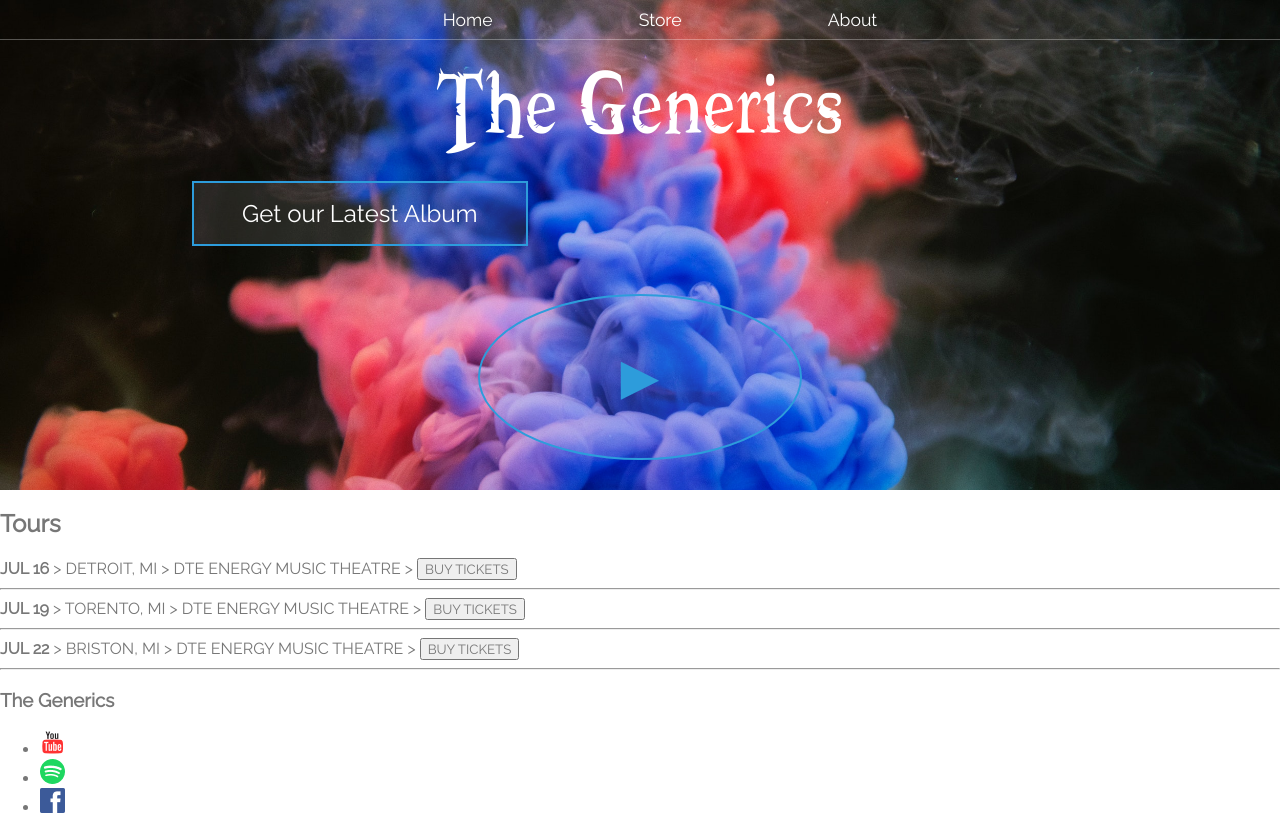
Repository: nazmulhaquep/WebDesign
Page: WebDevSimplified/index.html
These files come from the project's save history. The page is drawn as it stood at one moment and after the next save; the edit follows.
The browser window is 1280 px wide. The pictures show the whole page.
Some web fonts or font styles are not loaded; a fallback is used.

Above is the page before, as saved 2023-11-26 10:55:58.

### WebDevSimplified/index.html
<!DOCTYPE html>
<html lang="en">
<head>
    <meta charset="UTF-8">
    <meta name="viewport" content="width=device-width, initial-scale=1.0">
    <title>The Generics</title>
    <meta name="description" content="This is the description">
    <link rel="stylesheet" href="styles.css" />
</head>
<body>
    <header class="main-header">
        <nav class="nav main-nav">
            <ul>
                <li><a href="index.html">Home</a></li>
                <li><a href="store.html">Store</a></li>
                <li><a href="about.html">About</a></li>
            </ul>
        </nav>

        <h1 class="band-name band-name-larger"> The Generics </h1>
        <button class="btn btn-header">Get our Latest Album</button>

        <button class="btn btn-header btn-play">&#9658;</button>
    </header>
    <section>
        <h2>Tours</h2>
        <div>
            <div>
                <strong>JUL 16 </strong>
                 &it;&gt;
                <span> DETROIT, MI </span>
                 &it;&gt;
                <span> DTE ENERGY MUSIC THEATRE</span>
                 &it;&gt;
                <button type="button">BUY TICKETS </button>
                <hr/>
            </div>

            <div>
                <strong>JUL 19</strong>
                 &it;&gt;
                <span> TORENTO, MI </span>
                 &it;&gt;
                <span> DTE ENERGY MUSIC THEATRE</span>
                 &it;&gt;
                <button type="button">BUY TICKETS </button>
                <hr/>
            </div>

            <div>
                <strong>JUL 22</strong>
                 &it;&gt;
                <span> BRISTON, MI </span>
                 &it;&gt;
                <span> DTE ENERGY MUSIC THEATRE</span>
                 &it;&gt;
                <button type="button">BUY TICKETS </button>
                <hr/>
            </div>

        </div>
    </section>
    <footer>
        <h3>The Generics</h3>
        <ul>
            <li><img src="images/YouTube Logo.png"> </li>
            <li><img src="images/Spotify Logo.png"> </li>
            <li><img src="images/Facebook Logo.png"> </li>
        </ul>
    </footer>
</body>
</html>

### WebDevSimplified/styles.css
/* import font*/
@import url('https://fonts.googleapis.com/css2?family=Raleway:ital,wght@0,400;1,300&display=swap');
@import url('https://fonts.googleapis.com/css2?family=Metal+Mania');

/* import local font */
@font-face {
    font-family: "Booter - Zero Zero";
    src: url("Fonts/Booter - Zero Zero.woff") format(woff),
         url("fonts/Booter - Zero Zero.woff2") format(woff2);
         font-weight: normal;
         font-style:normal;
}

/* all width and padding adjust with device width */
*{
    box-sizing:border-box;
    font-family: Raleway;
    color:#777;
}

html,body{
   margin:0;
   padding:0;
}

.main-header{
    background-image: url('images/Header Background.jpg');
    background-size: cover;
    padding-bottom: 30px;
}

.nav ul{
    margin:0px;
}

.nav li{
    display:inline;
}

.nav a{
    display: inline-block; /*to apply margin and padding */
    padding: .5em;
    list-style: none;
    text-decoration: none;
    color:white;
}

.main-nav{
    text-align:center;
    font-size:1.1em;
    font-weight: lighter;
    border-bottom: 1px solid rgba(255,255,255, .3);
}

.main-nav li{
    padding:0 5%;
}

.band-name{
    text-align:center;
    margin:0;
    font-size:4em;
    font-family:"Booter - Zero Zero";
    color:#fff;
    font-weight:normal;
}

.band-name-larger{
    font-size:8em;
}
.content-section{
    margin:1em;
}
.container{
    max-width:900px;
    margin:0 auto;
    padding:0 1.5em;
}

.section-header{
    font-family: 'Metal Mania';
    font-weight: normal;
    color:#333;
    text-align: center;
    font-size:2.5em;
}

.about-band-image{
    float:left;
    height: 200px;
    width: 200px;
    margin:15px;
    border-radius: 50%;
}

.main-footer{
    background-color:#56ccf2;
    color:#fff;
    padding:.25em 0;
}

.main-footer-container{
    display: flex;
    align-items: center;
}

.main-footer-container ul{
    flex-grow:1;
    text-align:end;
}

.btn{
    text-align: center;
    vertical-align: middle;
    padding:.67em;
    cursor: pointer;
}

.btn-header{
    margin: .5em 15% 2em 15%;
    color:white;
    border:2px solid #2D9CDB;
    background-color:rgba(255,255,255, .1);
    border-radius: 0;
    font-size: 1.5em;
    font-weight: lighter;
    padding-left: 2em;
    padding-right: 2em;
}
.btn-header:hover{
    background-color:rgba(255,255,255, .3);
}

/* take button center */
.btn-play{
    display: block;
    margin:0 auto;
    color:#2D9CDB;
    font-size:4em;
    border-radius:50%;
}


.footer-nav li{
    padding: 0 .5em;
}

.footer-nav img{
    width:30px;
    height: 30px;
}

After the next save:
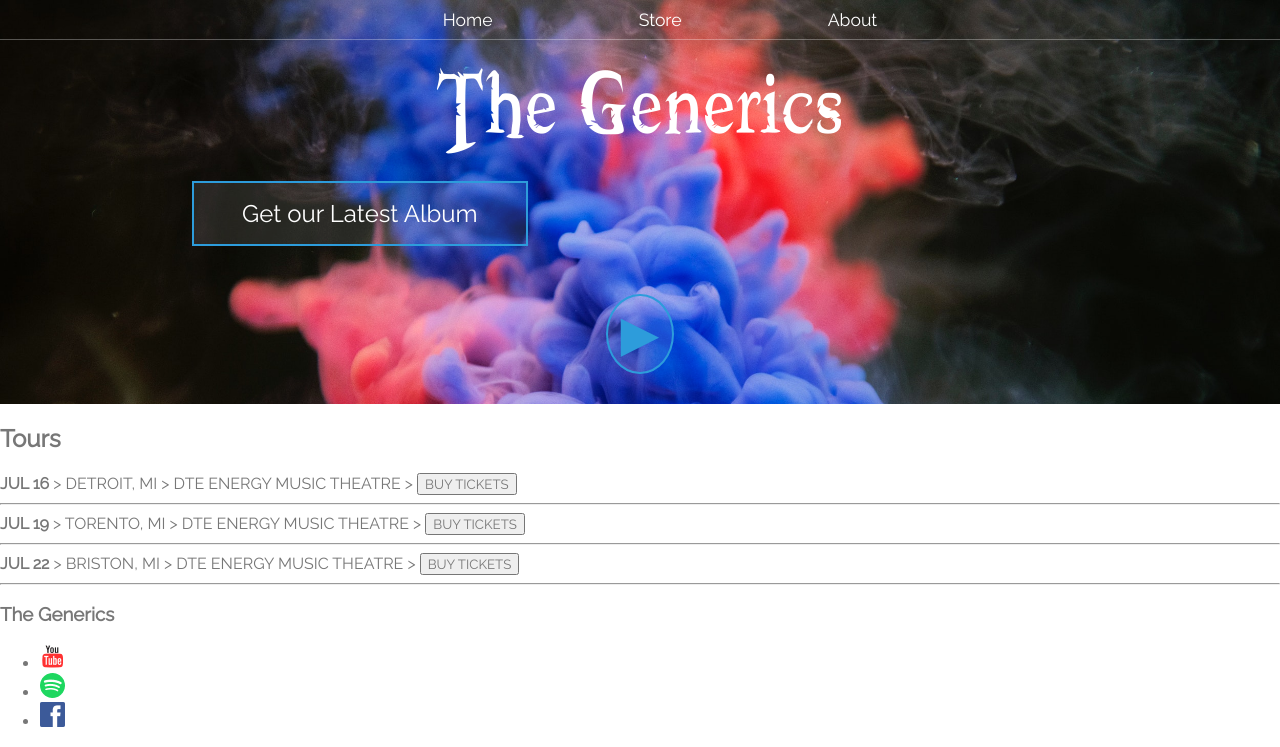
Saved 48 s later.
--- a/WebDevSimplified/styles.css
+++ b/WebDevSimplified/styles.css
@@ -138,6 +138,8 @@ html,body{
     color:#2D9CDB;
     font-size:4em;
     border-radius:50%;
+    padding:0px;
+
 }
 
 
